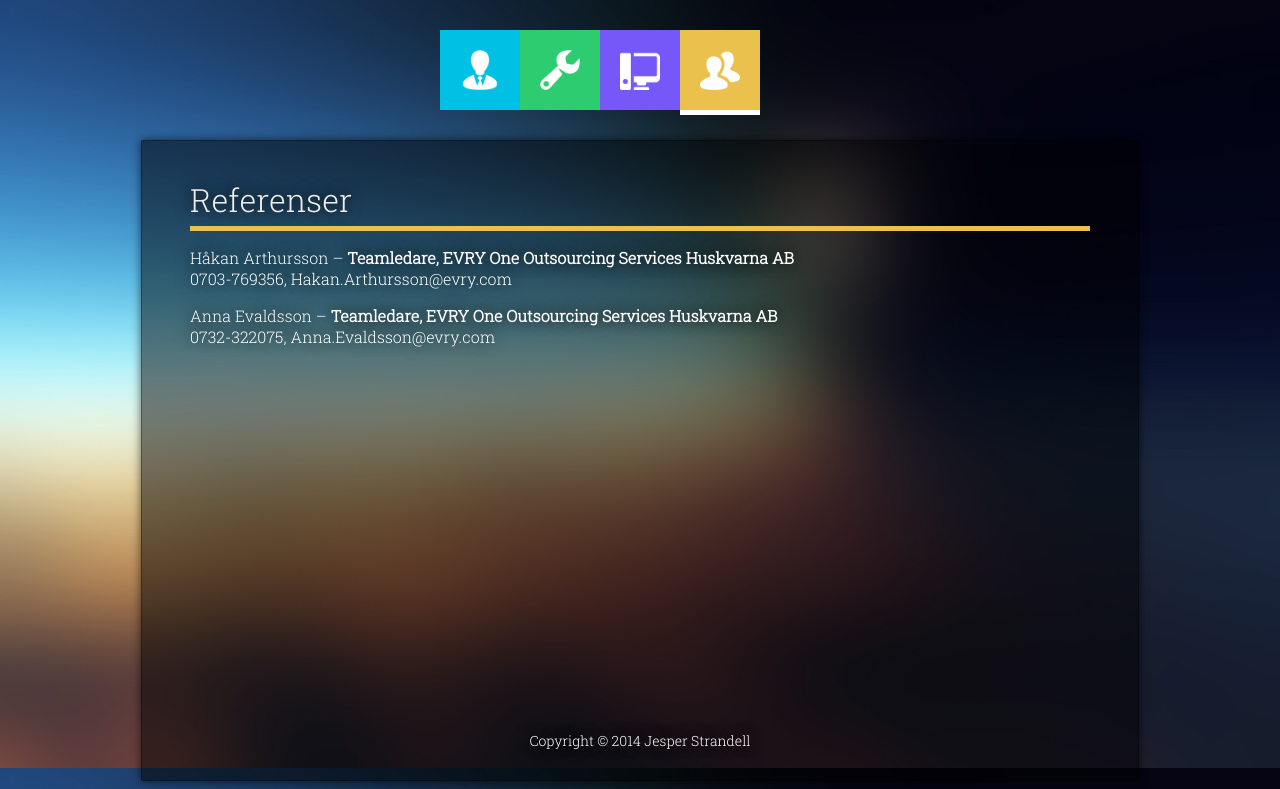
Repository: ja222vv/minipage
Page: pages/references.html
The author's editor kept a record of every edit. The page is drawn from the files as they stood at one moment, then again after the next edit.
The browser window is 1280 px wide. The pictures show the whole page.
Backgrounds fixed to the window are drawn as part of the page.

Above is the page before.
Not found: pages/scripts/script.js

After the next edit:
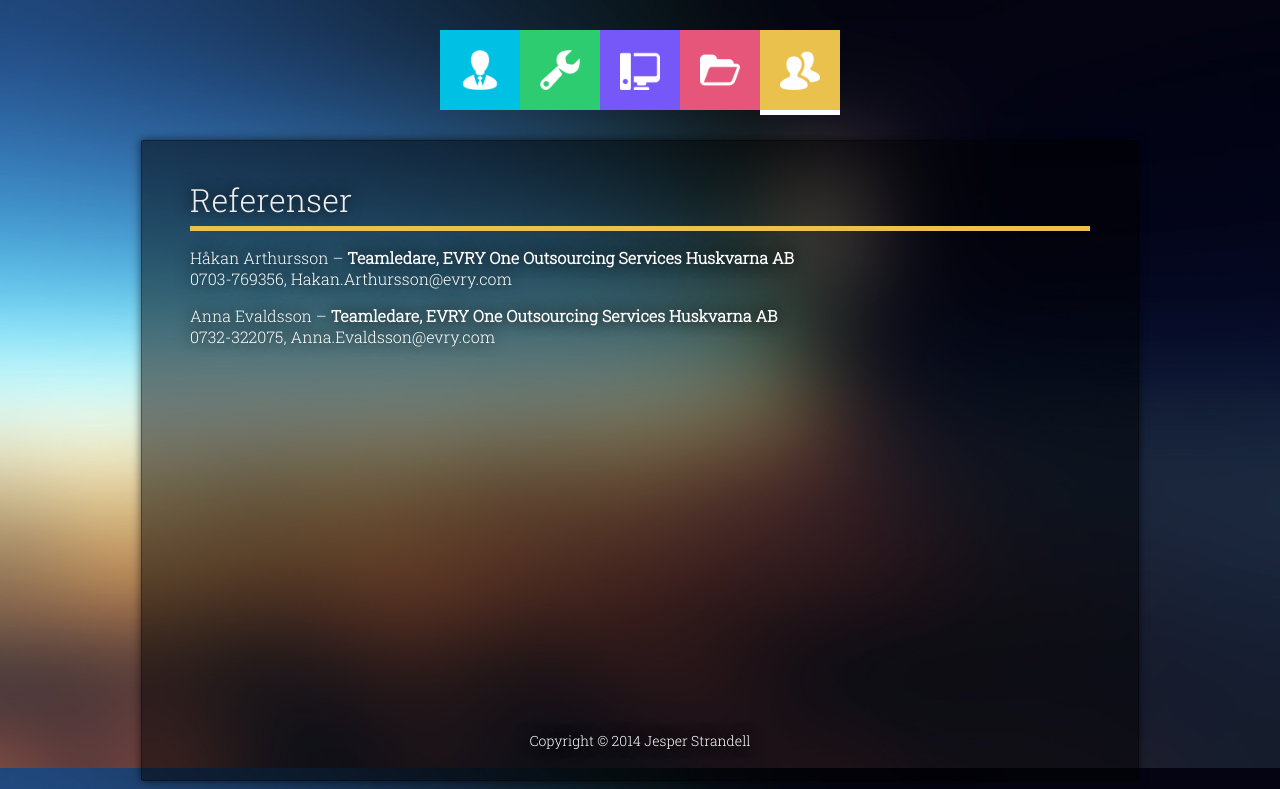
The edit:
--- a/pages/references.html
+++ b/pages/references.html
@@ -25,6 +25,12 @@
             	<img src="../css/pics/workstation.png" class="icon" />
                 <span class="title"></span>
                 </a>
+            </div>
+            <div class="tile red shrink" id="portfolio">
+            	<a href="portfolio.html">
+            	<img src="../css/pics/folder.png" class="icon" />
+            	<span class="title"></span>
+            	</a>
             </div>
             <div class="tile yellow active shrink" id="references">
                 <a href="#">
